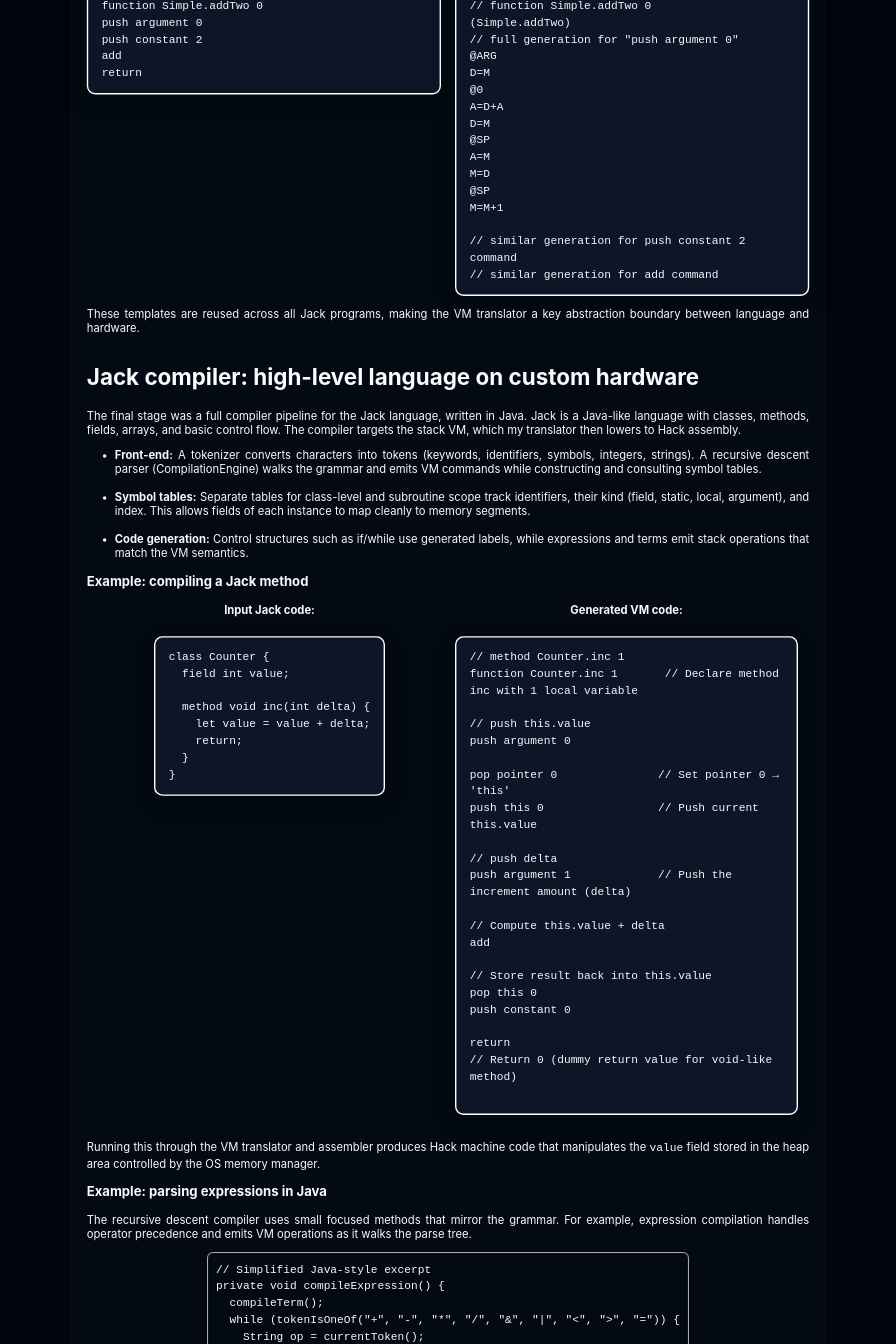
Repository: Abdulaziz-04/Abdulaziz-04.github.io
Page: deepdives/backend_systems/nand2tetris/nand2tetris.html
An editor plug-in stored every save of this project. The page is shown before and after the next save, followed by the edit.
The browser window is 1280 px wide. The pictures show the part of the page from y = 3677 to 5597 px (the page is 6475 px tall), at 70% of full size.

Above is the page before, as saved 2025-11-20 21:51:53.

After the next save:
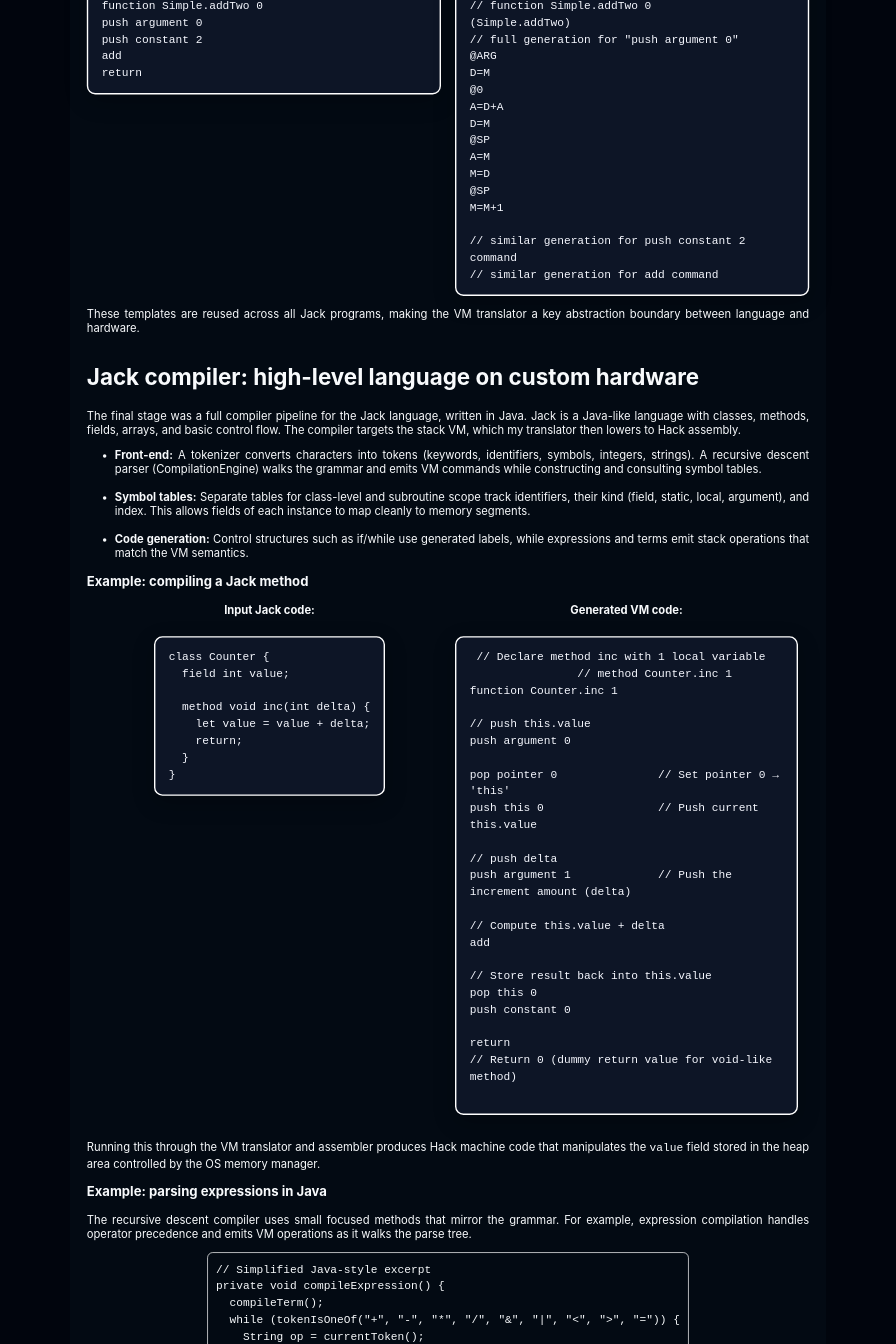
Saved 36 s later.
--- a/deepdives/backend_systems/nand2tetris/nand2tetris.html
+++ b/deepdives/backend_systems/nand2tetris/nand2tetris.html
@@ -482,8 +482,11 @@ M=M+1
           </div>
           <div>
             <p><b>Generated VM code:</b></p>
-            <pre class="code-card asm-block"><code>// method Counter.inc 1
-function Counter.inc 1       // Declare method inc with 1 local variable
+            <pre
+              class="code-card asm-block"
+            ><code> // Declare method inc with 1 local variable
+                // method Counter.inc 1
+function Counter.inc 1
 
 // push this.value
 push argument 0
